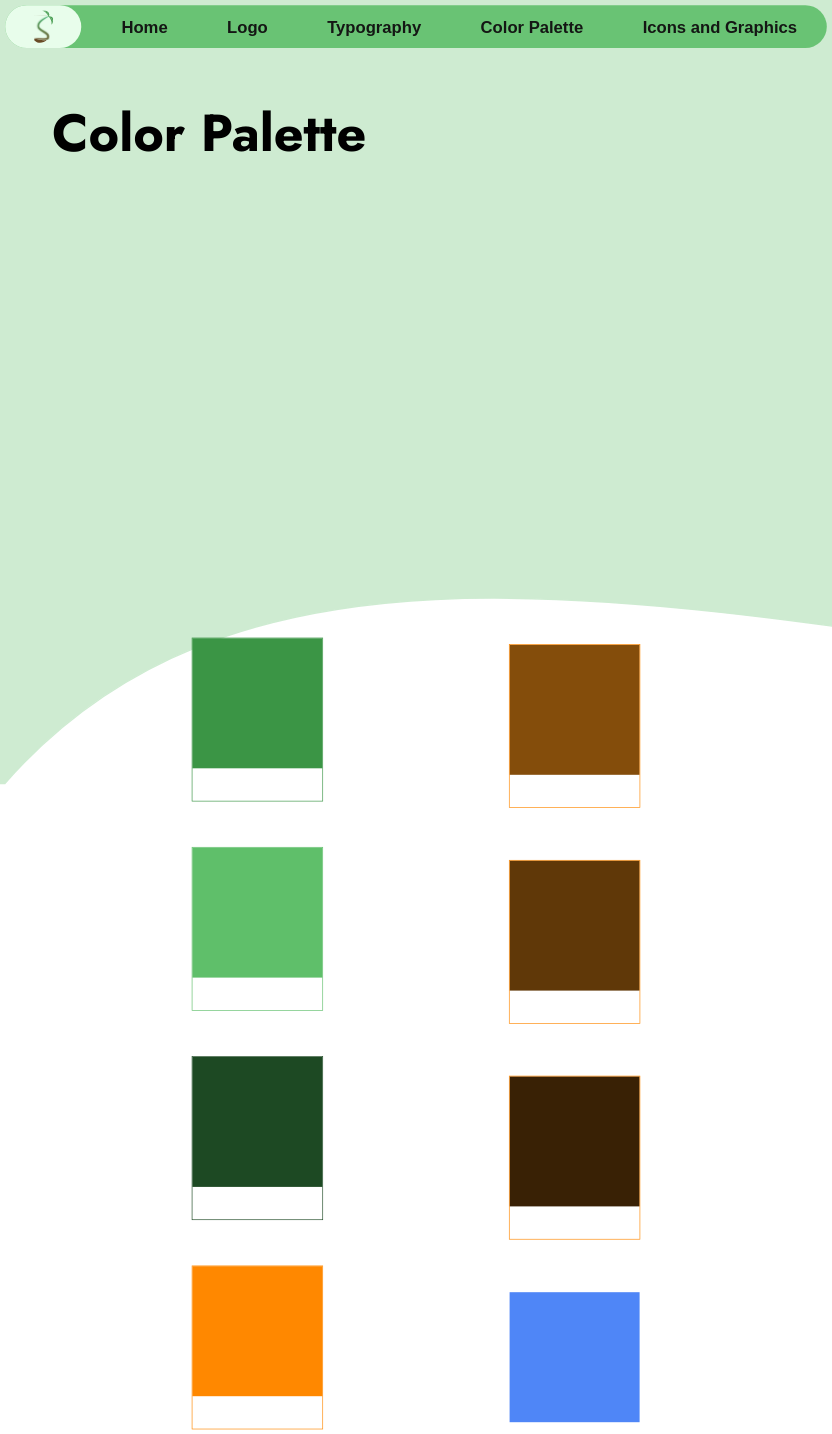
Repository: jjennbui/seedsprout_styleguide
Page: pages/colorPalette.html
The author's editor kept a copy of each file at every save. The page is drawn from the files as they stood at one save, then again after the next save.
The browser window is 1280 px wide. The pictures show the whole page, at 65% of full size.
Some web fonts or font styles are not loaded; a fallback is used.

Above is the page before, as saved 2023-03-11 01:18:48.

After the next save:
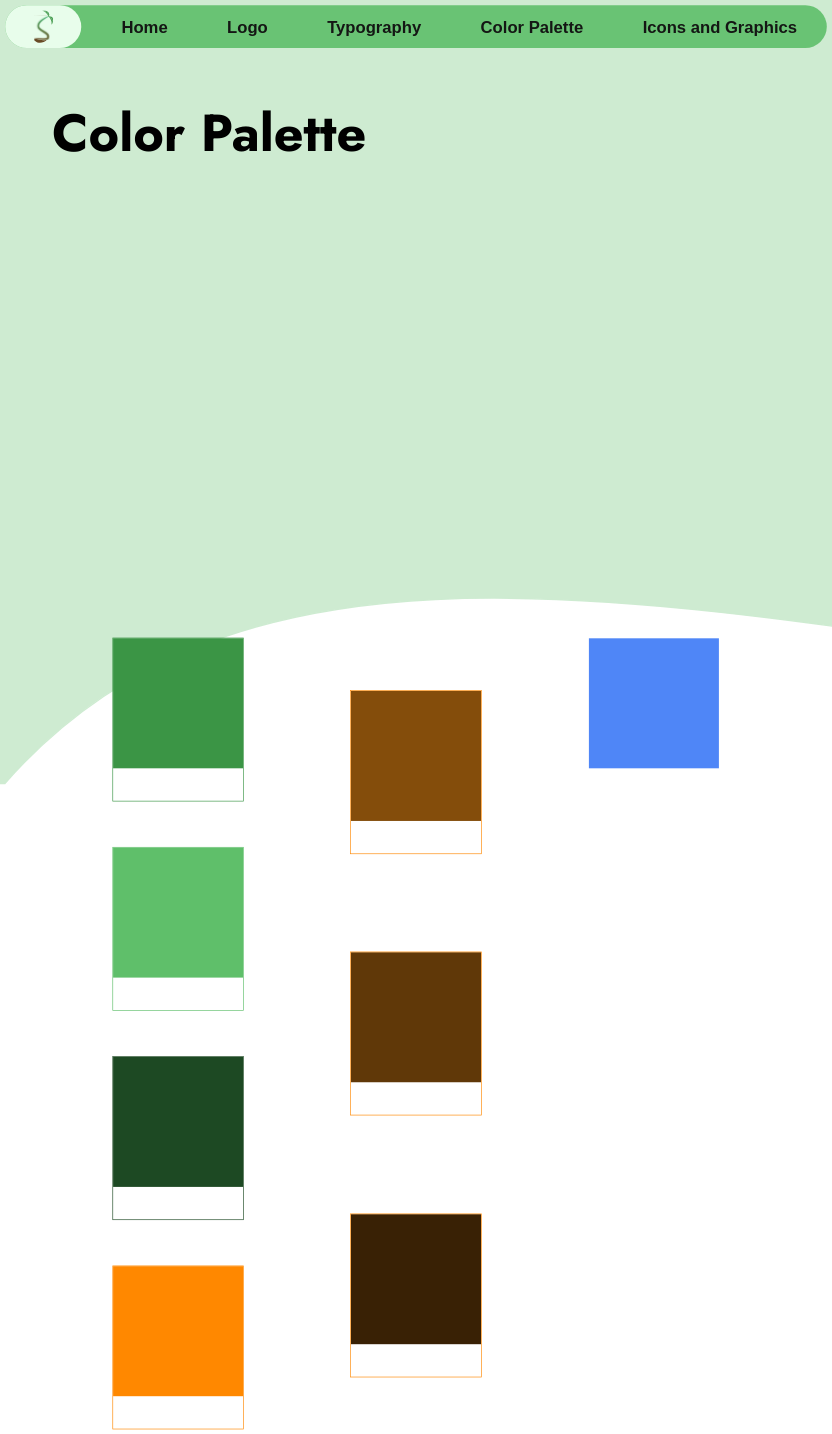
Saved 4 s later.
--- a/pages/colorPalette.html
+++ b/pages/colorPalette.html
@@ -59,7 +59,7 @@
             <div class=" orange-box-size"><div class="color-chocolate-brown"></div></div>
             <div class=" orange-box-size"><div class="color-sepia-brown"></div></div>
             <div class=" orange-box-size"><div class="color-bistre-brown"></div></div>
-            <div class="color-azure-blue"></div>
+        </div><div class="color-azure-blue"></div>
         </div>
 
     </div>

After the save that followed:
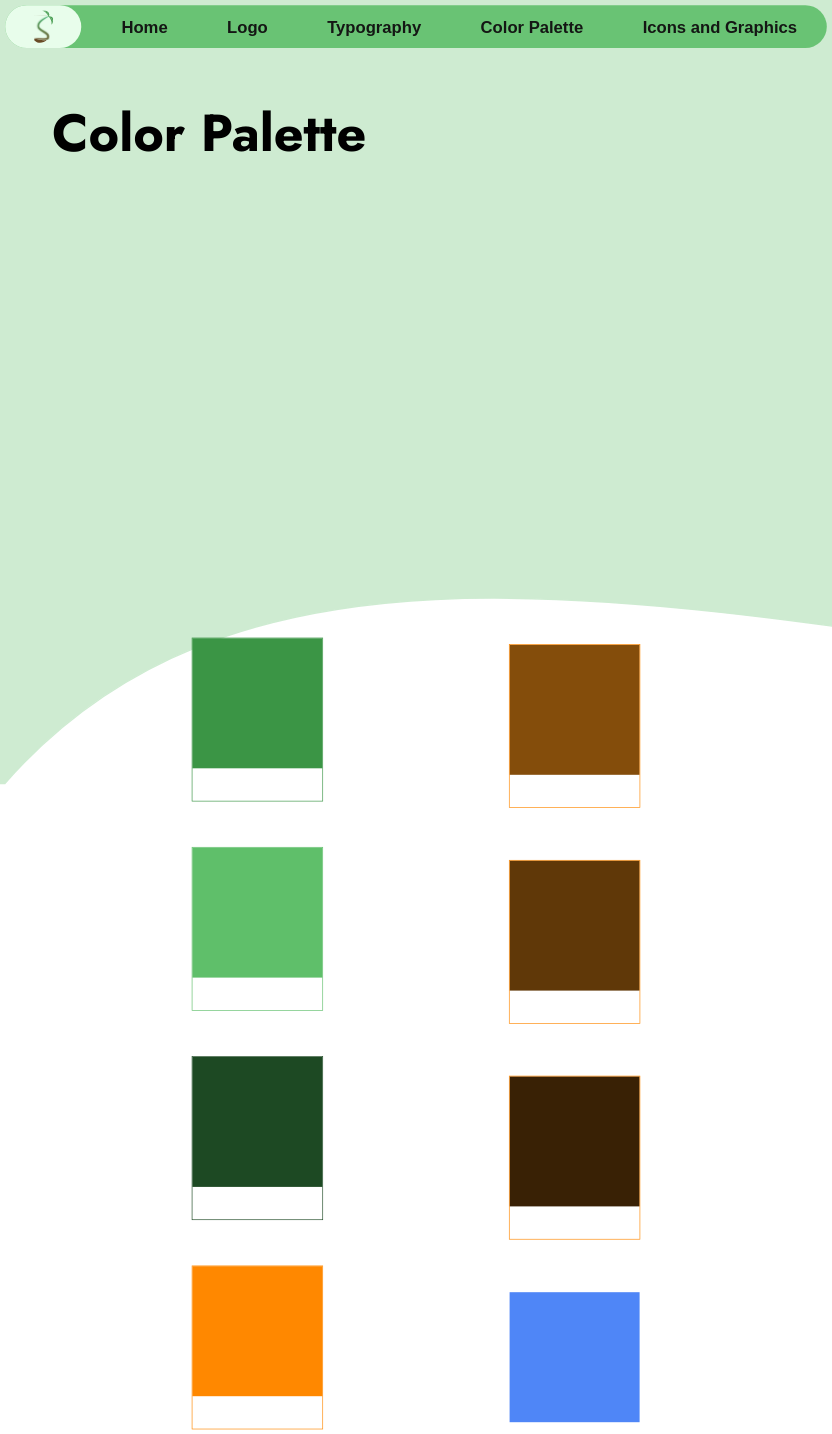
Saved 4 s later.
--- a/pages/colorPalette.html
+++ b/pages/colorPalette.html
@@ -59,7 +59,7 @@
             <div class=" orange-box-size"><div class="color-chocolate-brown"></div></div>
             <div class=" orange-box-size"><div class="color-sepia-brown"></div></div>
             <div class=" orange-box-size"><div class="color-bistre-brown"></div></div>
-        </div><div class="color-azure-blue"></div>
+        <div class="color-azure-blue"></div>
         </div>
 
     </div>
